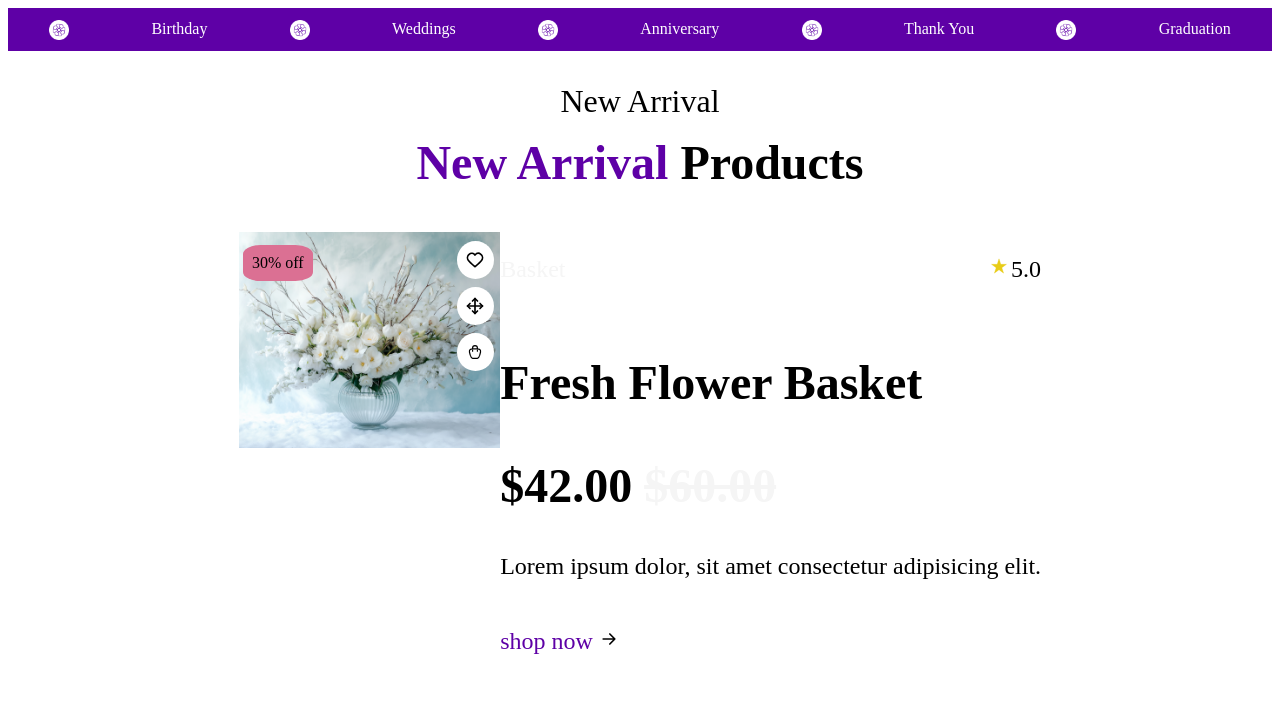
Repository: KolawoleTemilade/classroom-learning
Page: newarrival/index.html
These files come from the project's save history. The page is drawn as it stood at one moment and after the next save; the edit follows.
The browser window is 1280 px wide. The pictures show the whole page.

Above is the page before, as saved 2025-10-01 23:42:56.

### newarrival/index.html
<!DOCTYPE html>
<html lang="en">
  <head>
    <meta charset="UTF-8" />
    <meta name="viewport" content="width=h, initial-scale=1.0" />
    <title>new arrival</title>
    <link rel="stylesheet" href="style.css" />
  </head>
  <body>
    <section class="new-arrival-sect">
      <div class="marq-sect">
        <div class="marque">
          <img
            src="../newarrival/images/icons/marqueflower.png"
            alt="flower-icon"
            width="20"
            height="20"
          />
          <span>birthday</span>
          <img
            src="../newarrival/images/icons/marqueflower.png"
            alt="flower-icon"
            width="20"
            height="20"
          />
          <span>weddings</span>
          <img
            src="../newarrival/images/icons/marqueflower.png"
            alt="flower-icon"
            width="20"
            height="20"
          />
          <span>anniversary</span>
          <img
            src="../newarrival/images/icons/marqueflower.png"
            alt="flower-icon"
            width="20"
            height="20"
          />
          <span>thank you</span>
          <img
            src="../newarrival/images/icons/marqueflower.png"
            alt="flower-icon"
            width="20"
            height="20"
          />
          <span>graduation</span>
        </div>
      </div>
      <div class="new-arrival">
        <div class="new-arrival-title">
          <p class="title1">
            new arrival
            <span class="title2"
              >new arrival <span class="product-title">products</span></span
            >
          </p>
        </div>
        <div class="new-arrival-product-card">
          <div class="product-card">
            <div class="img-sect">
              <img
                src="./images/new-arrival/flower1.png"
                alt="flower1"
                width="200"
                height="2 ,8>00"
              />
              <div class="absolute-container">
                <p class="slash">30% off</p>
                <div class="icons-sec">
                  <div class="icons">
                    <img
                      src="./images/icons/heart.svg"
                      alt="heart"
                      width="20"
                      height="20"
                    />
                  </div>
                  <div class="icons">
                    <img
                      src="./images/icons/crossedarrow.svg"
                      alt="arrow"
                      width="20"
                      height="20"
                    />
                  </div>
                  <div class="icons">
                    <img
                      src="./images/icons/shoppingbag.svg"
                      alt="shoppingbag"
                      width="20"
                      height="20"
                    />
                  </div>
                </div>
              </div>
            </div>
            <div class="text-sect">
                <div class="basket-sec">
                    <p>
                        basket
                    </p>
                    <div class="rating-sec">
                        <img src="./images/icons/ratings.svg" alt="ratings" width="20" height="20" >
                        <span>5.0</span>
                    </div>
                </div>
                <div class="fresh-flower-sec">
                    <h3 >
                        fresh flower basket
                    </h3>
                    <h2>
                        $42.00 <span class="slashed"> $60.00</span>
                    </h2>
                    <p>
                        Lorem ipsum dolor, sit amet consectetur adipisicing elit.
                    </p>
                    <div class="shop-btn">
                        <p>shop now <span><img src="./images/icons/rightarrow.svg" alt="right arrow" width="20" height="20"></span></p>
                    </div>
                </div>

            </div>
          </div>
        </div>
      </div>
    </section>
  </body>
</html>

### newarrival/style.css
.new-arrival-sect{
    display: flex;
    flex-direction: column;
    align-items: center;
    justify-content: center;
}

.marq-sect{
    background-color: #5E00A6;
    height:6vh;
    width: 100%;
    align-content: center;
}
.marque {
    display: flex;
    align-content: center;
    justify-content:space-around ;
}
.marque > span {
    text-transform: capitalize;
    color: white;
}
.title1{
    font-size: 2rem;
    display: flex;
    flex-direction: column;
    align-items: center;
    justify-content: center;
    gap: 15px;
    text-transform: capitalize;
}
.title2 {
    font-size: 3rem;
    color: #5E00A6;
    font-weight: 700;
}
.product-title{
    color: black;
    font-size: 3rem;
    font-weight: 700;
}
.new-arrival-product-card{
    width: 100%;
    border: ;
}

.product-card {
    display: flex;
    padding: 10px;
    background: white;
}
.img-sect {
    position: relative;

}
.img-sect >img{
    width: 100%;
    height: 30vh;
}
.absolute-container > p{
   padding: 8px;
}
.slash {
    position: absolute;
    top: 2%;
    background: palevioletred;
    padding: 8px;
    width: 20%;
    margin: 4px;
    border: 1px solid transparent;
    border-radius: 25%;
}

.icons-sec {
    position: absolute;
    top: 2%;
    right: 2%;
    display: flex;
    flex-direction: column;
    gap: 8px;
}
.icons {
    padding: 8px;
    width: 50%;
    border: 1px solid transparent;
    border-radius: 50%;
    background: white;
    display: flex;
    align-items: center;
    justify-content: center;

}
.text-sec{
    width: 100%;
    padding: 10px;
}
.basket-sec {
    display: flex;
    justify-content: space-between;
    align-items: center;
}
.basket-sec > p{
    text-transform: capitalize;
    color: whitesmoke;
    font-size: 1.5rem;
}
.rating-sec {
    display: flex;
    gap: 2px;
    font-size: 1.5rem;
}
.fresh-flower-sec >h3 {
 font-size: 3rem;
 text-transform: capitalize;
}
.fresh-flower-sec >h2{
    font-size: 3rem;
}
.slashed {
    color: whitesmoke;
    text-decoration: line-through;
}
.fresh-flower-sec > p{
    font-size: 1.5rem;
}
.shop-btn {
    color: #5E00A6;
    display: flex;
    align-items: center;
    font-size: 1.5rem;
}

After the next save:
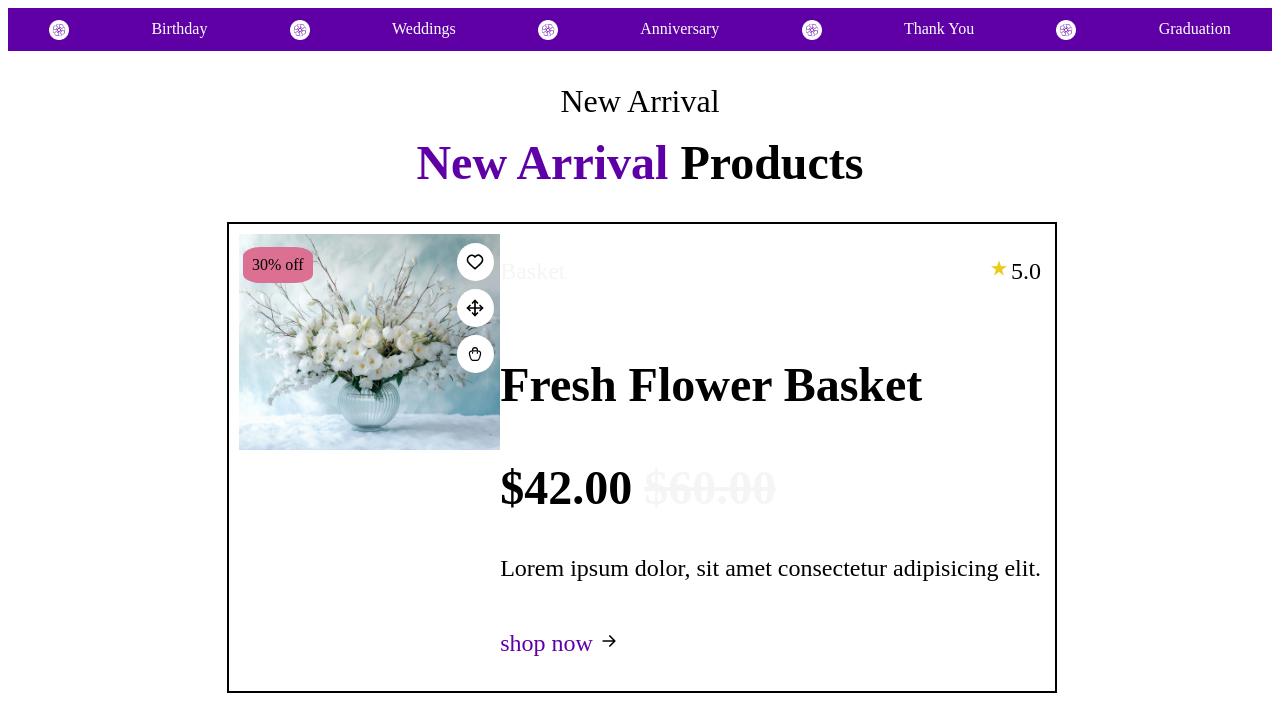
Saved 5 s later.
--- a/newarrival/style.css
+++ b/newarrival/style.css
@@ -41,7 +41,7 @@
 }
 .new-arrival-product-card{
     width: 100%;
-    border: ;
+    border: 2px solid black;
 }
 
 .product-card {
